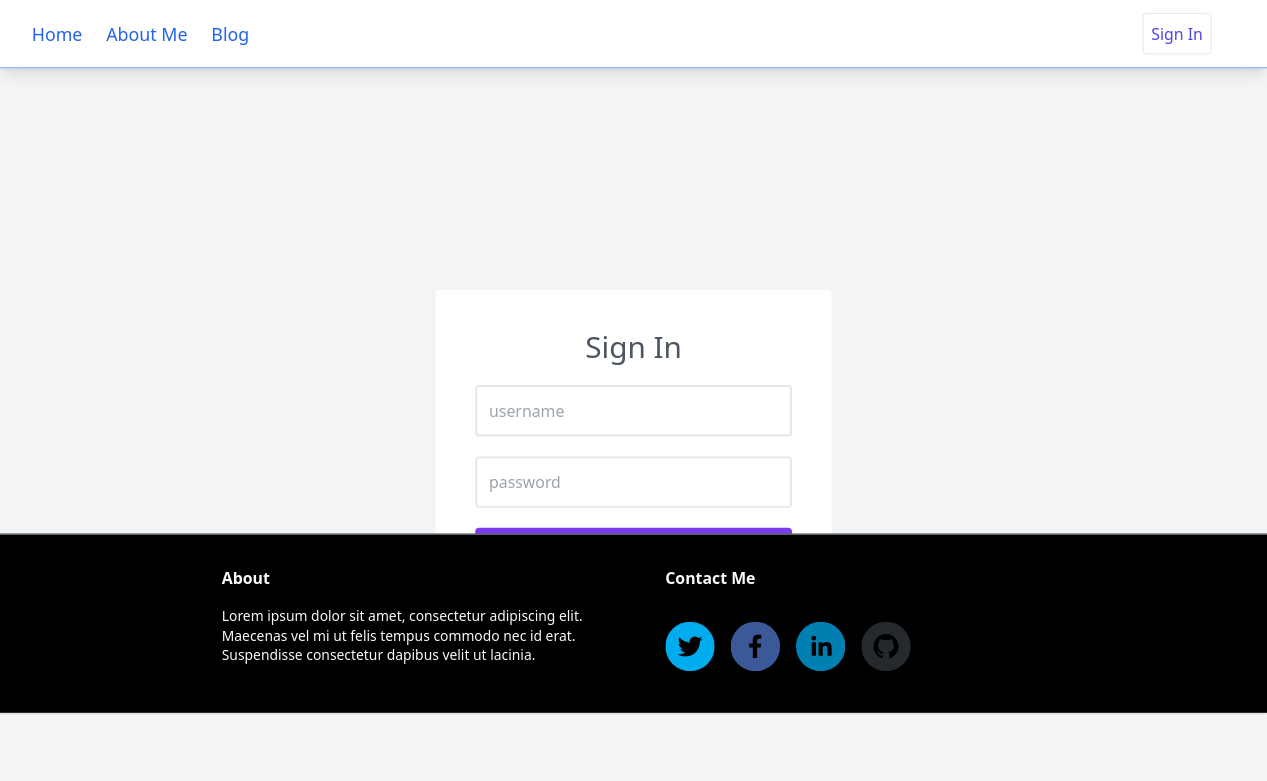
Repository: rushilramesh/portfolio-page
Page: /login
These files come from the project's save history. The page is drawn as it stood at one moment and after the next save; the edit follows.
The browser window is 1280 px wide. The pictures show the whole page, at 99% of full size.
The project was rebuilt for these pictures with package versions that can differ from the ones it lists, and the page was loaded fresh each time. The framework's server and built-in components were replaced by stand-ins that run in the browser. Also part of the build but not shown: next.config.js.

Above is the page before, as saved 2021-05-21 12:34:56.

After the next save:
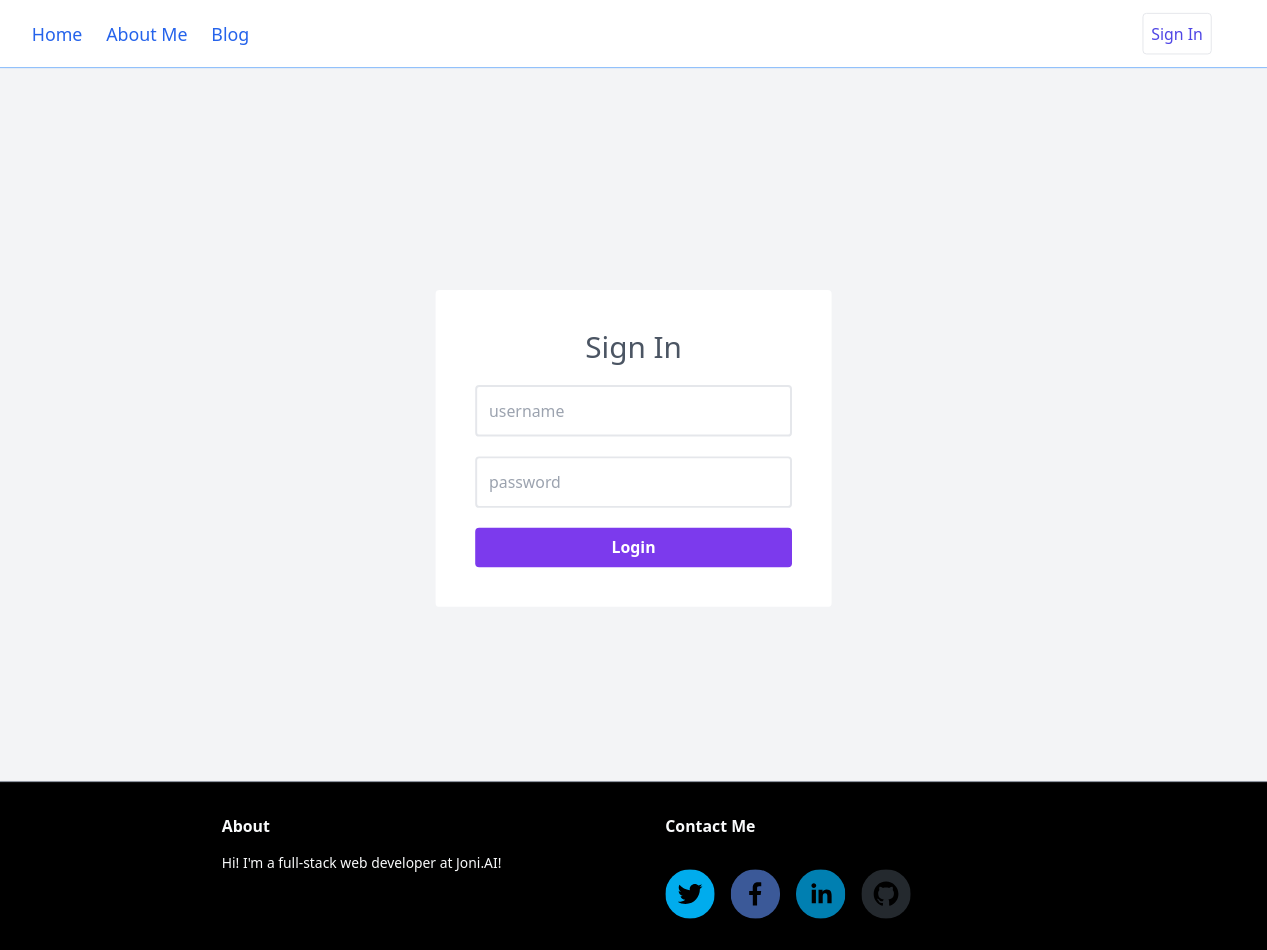
Saved 3 min 4 s later.
--- a/components/Layout.tsx
+++ b/components/Layout.tsx
@@ -2,39 +2,19 @@ import Nav from './Nav'
 import Footer from './Footer'
 import utilStyles from '../styles/utils.module.css'
 import Link from 'next/link'
-import { SocialIcon } from 'react-social-icons';
+
 
 const Layout = ({children, loggedIn} : {children: React.ReactNode, loggedIn?: boolean}) => {
     return (
         <div className="flex flex-col width-screen h-screen">
-        <Nav />
-        <div className="container mx-auto text-center">
-            <main>{children}</main>
-        </div>
-        <footer style={{ position: "absolute", bottom: 0, width:"100%" }} className="bg-black border-t border-gray-400 shadow  text-gray-50 h-100" >
-            <div className="container max-w-4xl mx-auto flex py-8 space-y-4ß">
-                <div className="flex w-full md:w-1/2 ">
-                    <div className="px-8">
-                        <h3 className="font-bold text-gray-50">About</h3>
-                        <p className="py-4 text-gray-50 text-sm">
-                            Lorem ipsum dolor sit amet, consectetur adipiscing elit. Maecenas vel mi ut felis tempus commodo nec id erat. Suspendisse consectetur dapibus velit ut lacinia.
-                        </p>
-                    </div>
-				</div>
+            <header>
+                <Nav />
+            </header>
+            <div className="container mx-auto text-center">
+                <main>{children}</main>
+            </div>
 
-                <div className="flex w-full md:w-1/2 ">
-					<div className="px-8">
-						<h3 className="font-bold text-gray-50">Contact Me</h3>
-						<div className="container justify-center inline-flex mt-8 space-x-4">
-                            <a href='https://twitter.com/?lang=en'><SocialIcon network="twitter" /></a>
-                            <a href='https://www.facebook.com/'><SocialIcon network="facebook" /></a>
-                            <a href='https://www.linkedin.com/in/rushil-ramesh-2a8404209/'><SocialIcon network="linkedin" /></a>
-                            <a href='https://github.com/rushilramesh'><SocialIcon network="github" /></a>
-                        </div>
-					</div>
-				</div>
-            </div>
-        </footer>
+            <Footer />
         </div>
     )
 }
